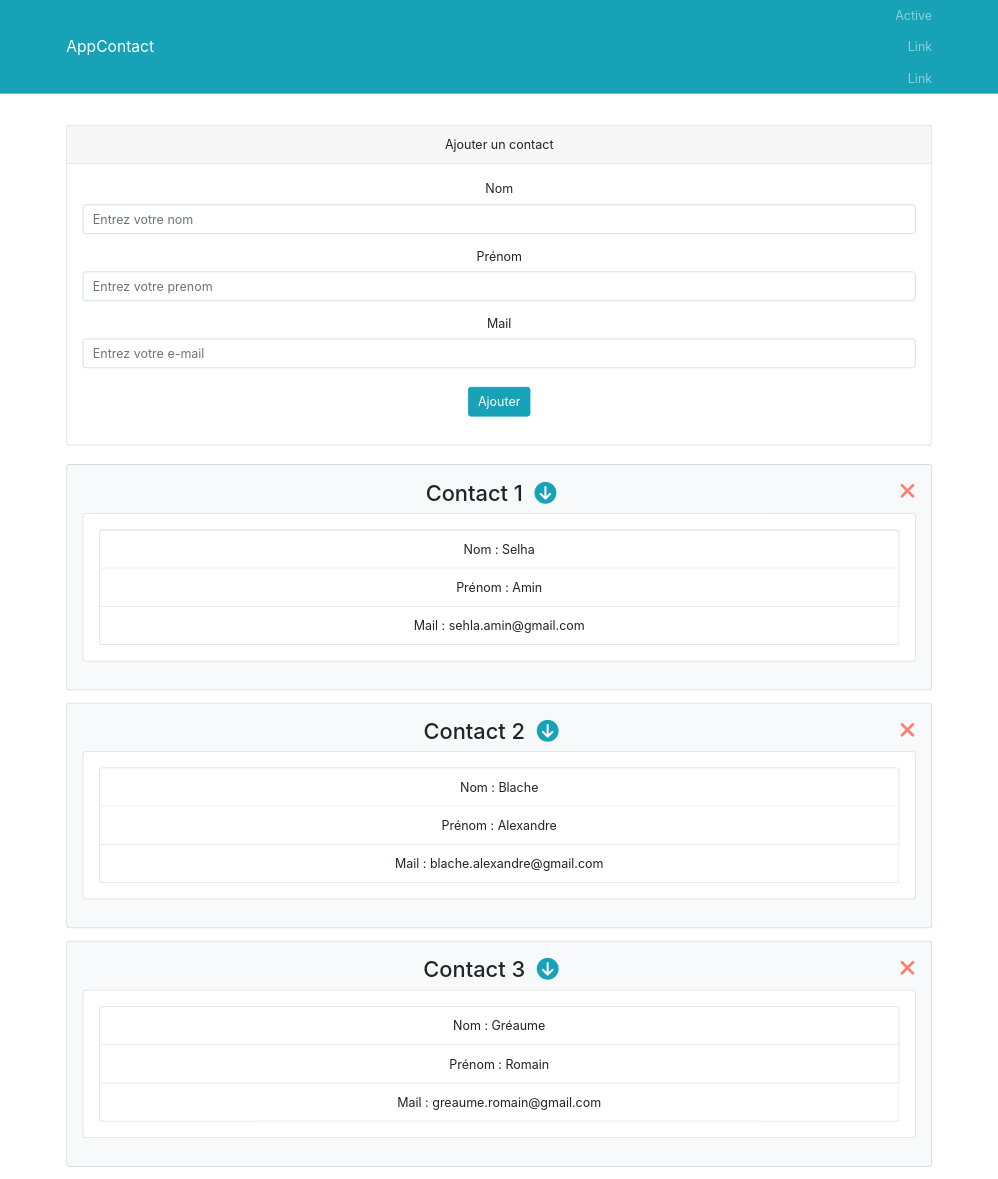
Repository: romgrm/appContact
Page: /
An editor plug-in stored every save of this project. The page is shown before and after a run of saves, followed by the edit.
The browser window is 1280 px wide. The pictures show the whole page, at 78% of full size.
Some web libraries are served in a nearby version. The project was rebuilt for these pictures with package versions that can differ from the ones it lists, and the page was loaded fresh each time.

Above is the page before, as saved 2020-12-04 15:03:16.

After the next 3 saves:
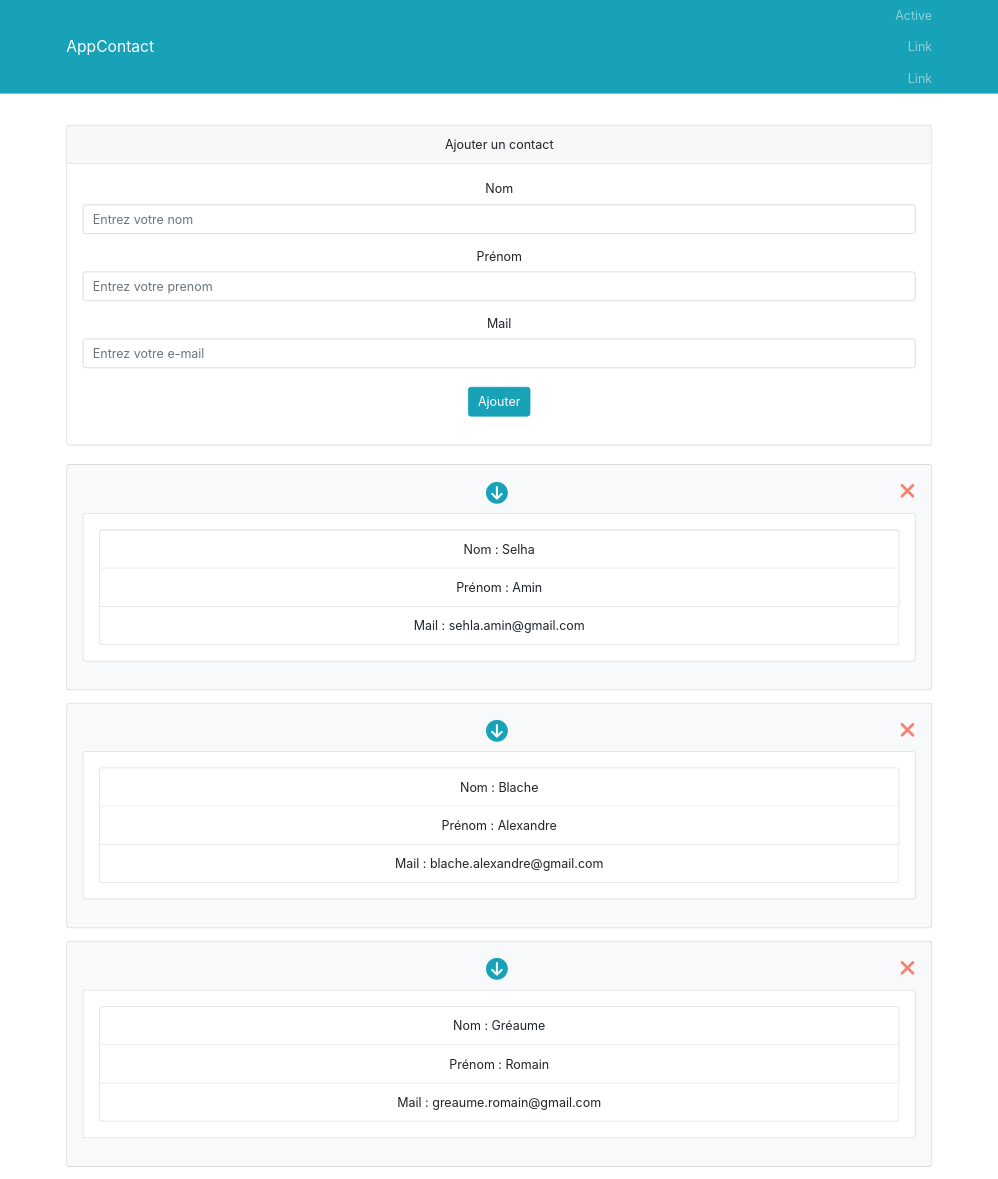
The 3 saves are shown as one change because they came seconds apart.
The last was saved 2 min 42 s later.
--- a/src/Context.js
+++ b/src/Context.js
@@ -30,21 +30,18 @@ export class Provider extends Component {
         contacts: [
             {
                 id:1,
-                contact: 'Contact 1',
                 nom: 'Selha',
                 prenom: 'Amin',
                 mail: 'sehla.amin@gmail.com'
             },
             {
                 id:2,
-                contact: 'Contact 2',
                 nom: 'Blache',
                 prenom: 'Alexandre',
                 mail: 'blache.alexandre@gmail.com'
             },
             {
                 id:3,
-                contact: 'Contact 3',
                 nom: 'Gréaume',
                 prenom: 'Romain',
                 mail: 'greaume.romain@gmail.com'
